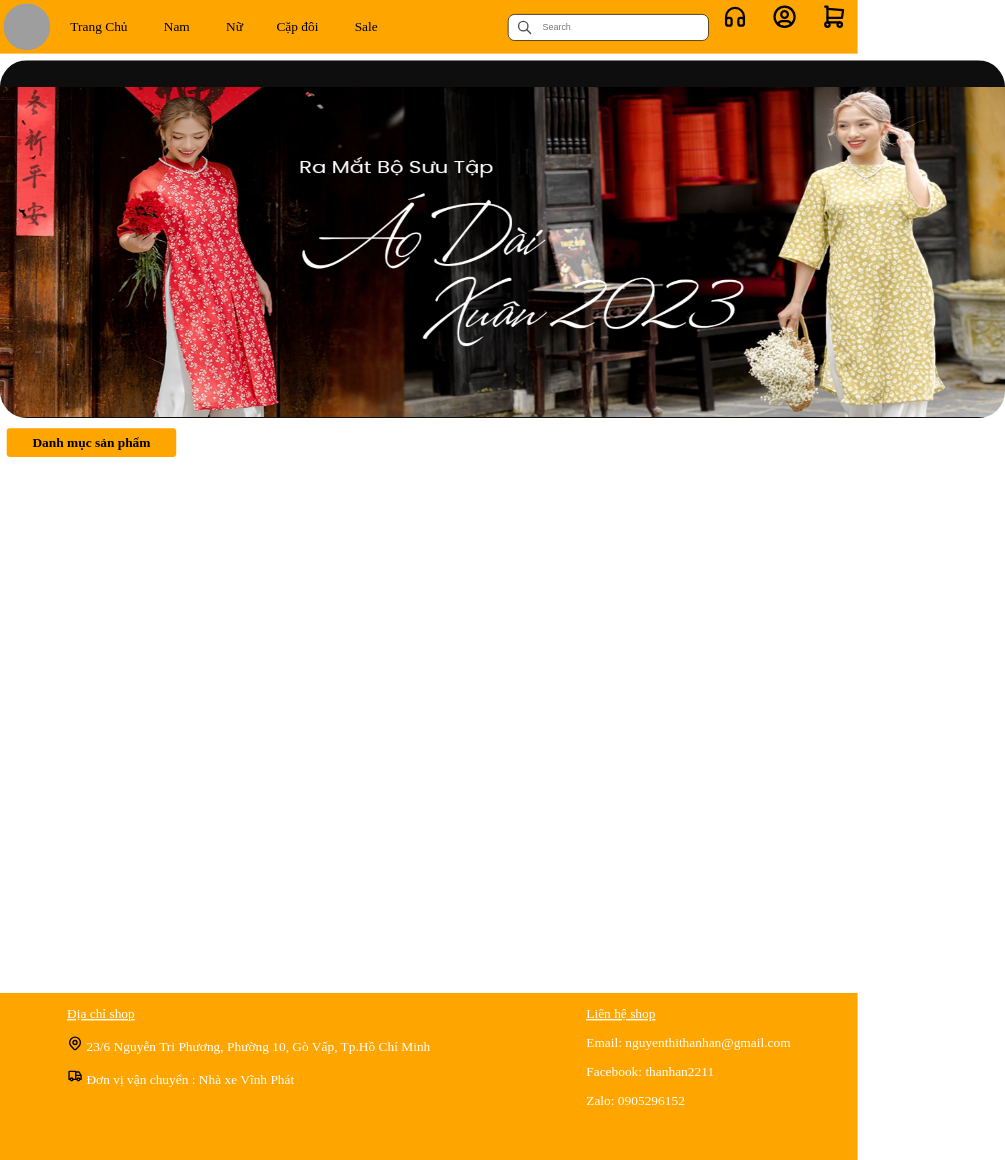
Repository: manhhieu120499/test-page
Page: index.html
An editor plug-in stored every save of this project. The page is shown before and after a run of saves, followed by the edit.
The browser window is 1280 px wide. The page is 1500 px wide, so the pictures cover 1500 px, including what lies to the right of the window. The pictures show the whole page, at 67% of full size.
Pictures or frames that could not be fetched are drawn as grey boxes.

Above is the page before, as saved 2023-01-12 00:49:55.

### index.html
<!DOCTYPE html>
<html lang="en">

<head>
    <meta charset="UTF-8">
    <meta http-equiv="X-UA-Compatible" content="IE=edge">
    <meta name="viewport" content="width=device-width, initial-scale=1.0">
    <title>Document</title>
    <link rel="stylesheet" href="./style.css">
</head>

<body>
    <div id="header">
        <div class="left-sidebar">
            <img src="https://t3.ftcdn.net/jpg/03/02/36/70/360_F_302367092_vmqO9rSPmluZJFuOFFNzjGwimbChoIAZ.jpg"
                alt="logo-shop">
            <ul class="sub-menu">
                <li><a href="#">Trang Chủ</a></li>
                <li><a href="#">Nam</a></li>
                <li><a href="#">Nữ</a</li>
                <li><a href="#">Cặp đôi</a></li>
                <li><a href="#">Sale</a></li>
            </ul>

        </div>

        <div class="right-sidebar">
            <input type="text" placeholder="           Search" />
            <a href="#" class="search">
                <svg xmlns="http://www.w3.org/2000/svg" class="icon icon-tabler icon-tabler-search" width="24" height="24" viewBox="0 0 24 24" stroke-width="2" stroke="currentColor" fill="none" stroke-linecap="round" stroke-linejoin="round">
                    <path stroke="none" d="M0 0h24v24H0z" fill="none"></path>
                    <circle cx="10" cy="10" r="7"></circle>
                    <line x1="21" y1="21" x2="15" y2="15"></line>
                 </svg>
            </a>
            <a href="#" class="telesale">
                <svg xmlns="http://www.w3.org/2000/svg" class="icon icon-tabler icon-tabler-headphones" width="40"
                    height="40" viewBox="0 0 24 24" stroke-width="2" stroke="currentColor" fill="none"
                    stroke-linecap="round" stroke-linejoin="round">
                    <path stroke="none" d="M0 0h24v24H0z" fill="none"></path>
                    <rect x="4" y="13" rx="2" width="5" height="7"></rect>
                    <rect x="15" y="13" rx="2" width="5" height="7"></rect>
                    <path d="M4 15v-3a8 8 0 0 1 16 0v3"></path>
                </svg>
            </a>
            <a href="#" class="person">
                <svg xmlns="http://www.w3.org/2000/svg" class="icon icon-tabler icon-tabler-user-circle" width="40"
                    height="40" viewBox="0 0 24 24" stroke-width="2" stroke="currentColor" fill="none"
                    stroke-linecap="round" stroke-linejoin="round">
                    <path stroke="none" d="M0 0h24v24H0z" fill="none"></path>
                    <circle cx="12" cy="12" r="9"></circle>
                    <circle cx="12" cy="10" r="3"></circle>
                    <path d="M6.168 18.849a4 4 0 0 1 3.832 -2.849h4a4 4 0 0 1 3.834 2.855"></path>
                </svg>
            </a>
            <a href="#" class="shopping-cart">
                <svg xmlns="http://www.w3.org/2000/svg" class="icon icon-tabler icon-tabler-shopping-cart" width="40"
                    height="40" viewBox="0 0 24 24" stroke-width="2" stroke="currentColor" fill="none"
                    stroke-linecap="round" stroke-linejoin="round">
                    <path stroke="none" d="M0 0h24v24H0z" fill="none"></path>
                    <circle cx="6" cy="19" r="2"></circle>
                    <circle cx="17" cy="19" r="2"></circle>
                    <path d="M17 17h-11v-14h-2"></path>
                    <path d="M6 5l14 1l-1 7h-13"></path>
                </svg>
            </a>
        </div>
    </div>

    <div class="body">
        <div class="shop-picture">
            <img src="./logo-tet.png" alt="picture">
        </div>
        <span class="title">Danh mục sản phẩm</span>
        <!-- <div class="group-danh-muc">
            <ul>
                <li><a href="#">
                     <img src="" alt="Váy">
                     <span>Váy</span>
                </a></li>
                <li><a href="#">
                    <img src="" alt="Áo thun">
                    <span>Áo thun</span>
                </a></li>
                <li><a href="#">
                    <img src="" alt="Áo khoát">
                    <span>Áo khoát</span>
                </a></li>
                <li><a href="#">
                    <img src="" alt="Áo polo">
                    <span>Áo polo</span>
                </a></li>
                <li><a href="#">
                    <img src="" alt="Áo hoodies">
                    <span>Áo hoodies</span>
                </a></li>
                <li><a href="#">
                    <img src="" alt="Chân váy">
                    <span>Chân váy</span>
                </a></li>
                <li><a href="#">
                    <img src="" alt="Quần jean">
                    <span>Quần jean</span>
                </a></li>
                <li><a href="#">
                    <img src="" alt="Quần short">
                    <span>Quần short</span>
                </a></li>
            </ul>
        </div> -->
    </div>

    <div id="footer">
         <div class="address">
            <span>Địa chỉ shop</span>
            <ul>
                <li>
                    <svg xmlns="http://www.w3.org/2000/svg" class="icon icon-tabler icon-tabler-map-pin" width="24" height="24" viewBox="0 0 24 24" stroke-width="2" stroke="currentColor" fill="none" stroke-linecap="round" stroke-linejoin="round">
                    <path stroke="none" d="M0 0h24v24H0z" fill="none"></path>
                    <circle cx="12" cy="11" r="3"></circle>
                    <path d="M17.657 16.657l-4.243 4.243a2 2 0 0 1 -2.827 0l-4.244 -4.243a8 8 0 1 1 11.314 0z"></path>
                    </svg>
                    23/6 Nguyễn Tri Phương, Phường 10, Gò Vấp, Tp.Hồ Chí Minh
                </li>
                <li>
                    <svg xmlns="http://www.w3.org/2000/svg" class="icon icon-tabler icon-tabler-truck" width="24" height="24" viewBox="0 0 24 24" stroke-width="2" stroke="currentColor" fill="none" stroke-linecap="round" stroke-linejoin="round">
                        <path stroke="none" d="M0 0h24v24H0z" fill="none"></path>
                        <circle cx="7" cy="17" r="2"></circle>
                        <circle cx="17" cy="17" r="2"></circle>
                        <path d="M5 17h-2v-11a1 1 0 0 1 1 -1h9v12m-4 0h6m4 0h2v-6h-8m0 -5h5l3 5"></path>
                     </svg>
                     Đơn vị vận chuyển : Nhà xe Vĩnh Phát
                </li>
            </ul>
         </div>

         <div class="contact">
            <span>Liên hệ shop</span>
            <li>Email: nguyenthithanhan@gmail.com</li>
            <li>Facebook: <a href="https://www.facebook.com/profile.php?id=100042754030185">thanhan2211</a></li>
            <li>Zalo: 0905296152</a></li>
         </div>
    </div>
</body>

</html>

### style.css
* {
    margin: 0;
    padding: 0;
    box-sizing: border-box;
}

#header {
    width: 100%;
    height: 80px;
    background-color: orange;
    display: flex;
    justify-content: space-between;
}

.left-sidebar {
    display: flex;
}

.left-sidebar img {
    width: 70px;
    height: 70px;
    border-radius: 50%;
    margin: 5px;
}

.sub-menu li {
   list-style: none;
   display: inline-block;
   line-height: 80px;
   padding: 0px 25px;
}

.sub-menu li a {
    text-decoration: none;
    color: black;
    font-size: 20px;
}

.right-sidebar a {
    display: inline-block;
    line-height: 80px;
    padding: 0 15px;
    color: black;
}

input {
    padding: 10px 10px;
    width: 300px;
    height: 40px;
    border: 1px solid black;
    border-radius: 10px;
    position: relative;
}

.search {
    position: absolute;
    right: 470px;
    top: 8px;
    opacity: 0.7;
}

.telesale, .person, .shopping-cart {

}

body {
    height: 1500px;
    width: auto;
}

.shop-picture img {
    display: block;
    height: 534px;
    width: 1500px;
    margin: 10px auto;
    border-radius: 40px;
}

.title {
    text-align: center;
    width: 253px;
    padding: 10px 0;
    border-radius: 5px;
    background-color: orange;
    font-weight: bold;
    margin-left: 10px;
    margin-top: 15px;
    display: block;
    font-size: 20px;
}

#footer {
   height: 250px;
   width: 100%;
   background-color: orange;
   display: flex;
   justify-content: space-between;
   margin-top: 800px;
}

.address, .contact {
    margin-top: 20px;
    color: white;
    font-size: 20px;

}

.address {
    margin-left: 100px;
}

.address li {
    list-style: none;
    margin-top: 20px;
}

.address span, .contact span {
    text-decoration: underline;
}

.contact {
    margin-right: 100px;
}

.contact li {
    list-style: none;
    margin-top: 20px;
}

.contact li a {
    text-decoration: none;
    color: white;
}

.address ul li svg {
    color: black;
}

After the next 3 saves:
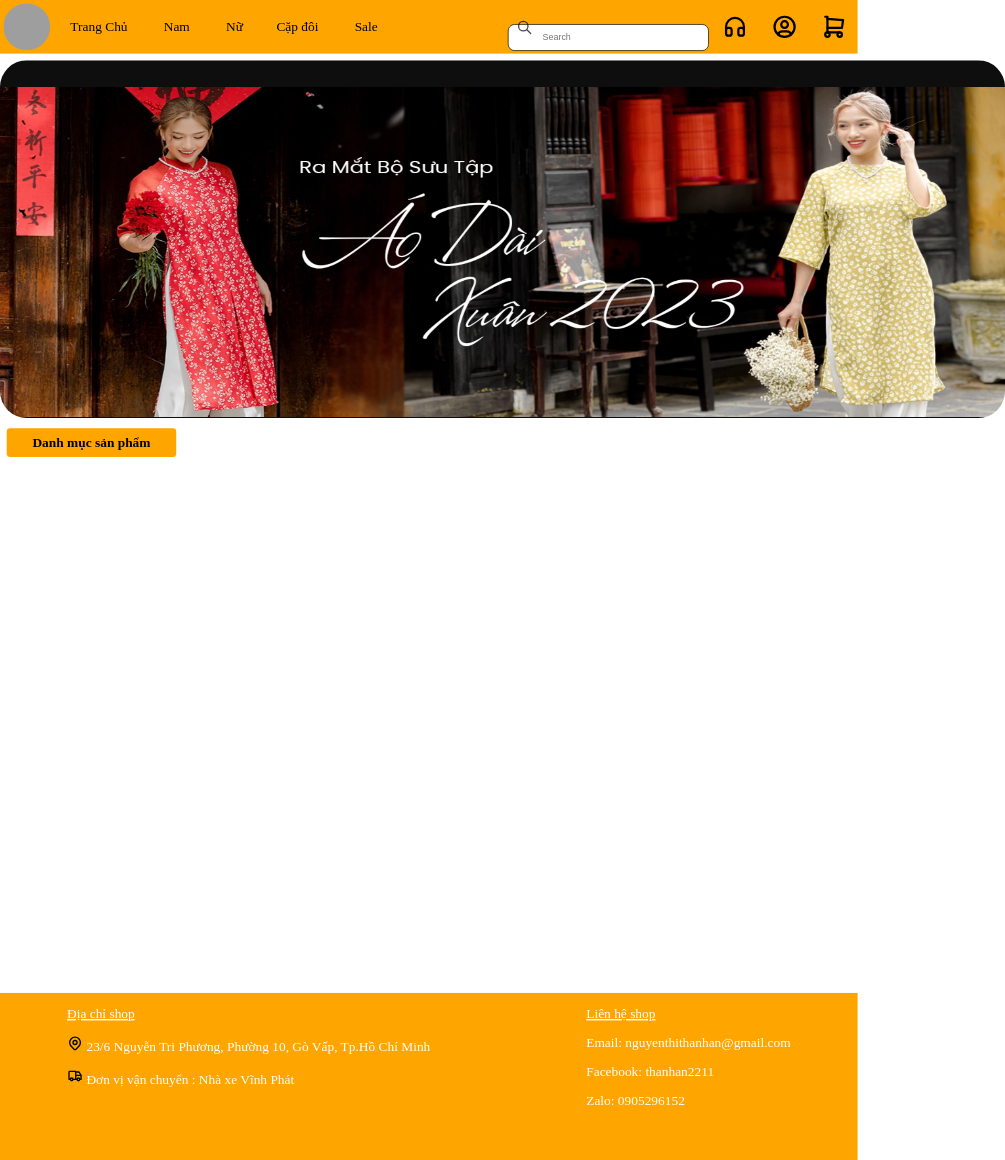
The 3 saves are shown as one change because they came seconds apart.
The last was saved 17 s later.
--- a/style.css
+++ b/style.css
@@ -60,7 +60,7 @@ input {
 }
 
 .telesale, .person, .shopping-cart {
-
+    margin-top: 15px;
 }
 
 body {
